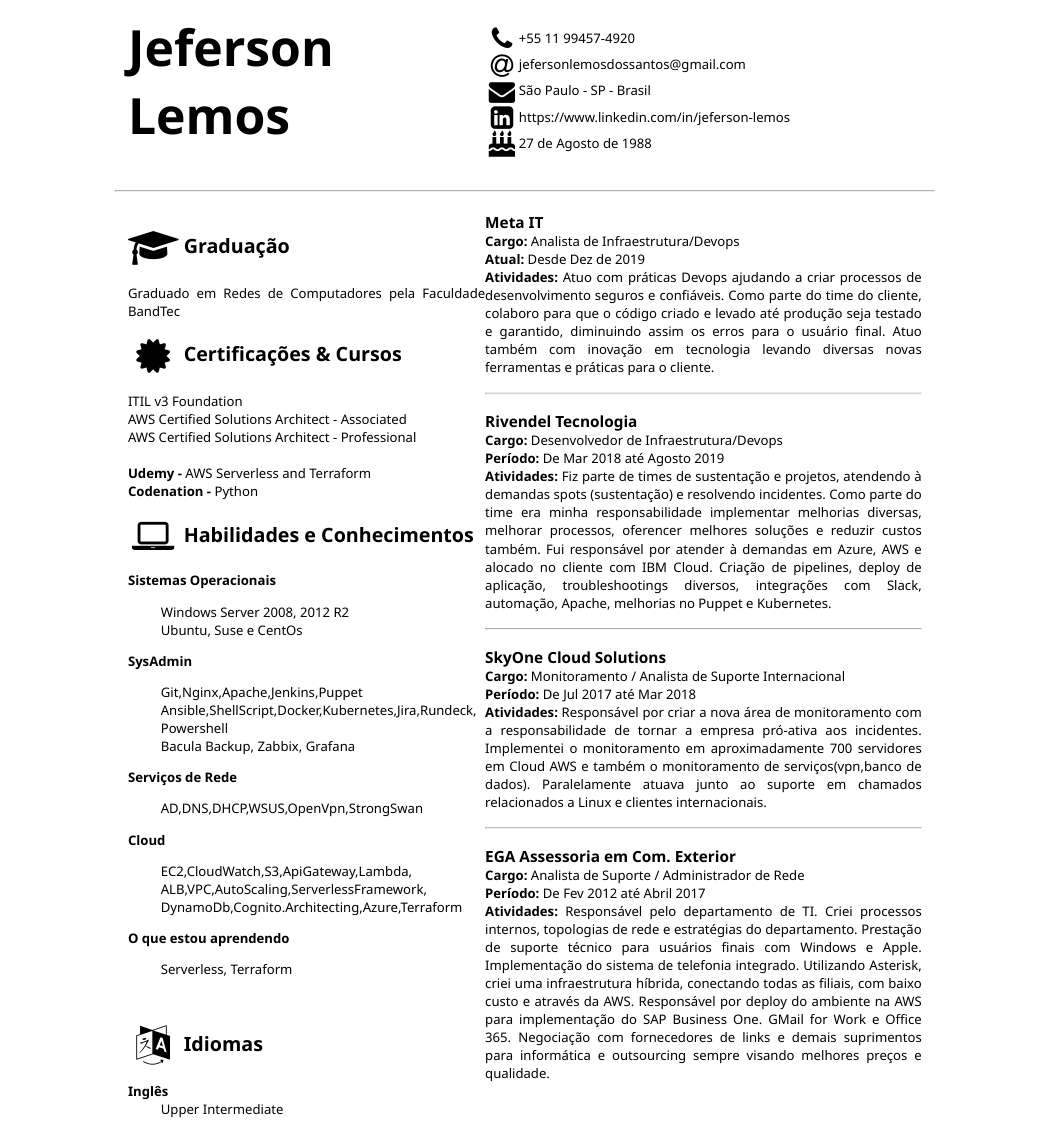
Repository: jefersonlemos/Resume-pt
Page: index.html
The author's editor kept a copy of each file at every save. The page is drawn from the files as they stood at one save, then again after the next save.
The browser window is 1280 px wide. The pictures show the whole page, at 82% of full size.

Above is the page before, as saved 2020-06-15 12:13:48.

After the next save:
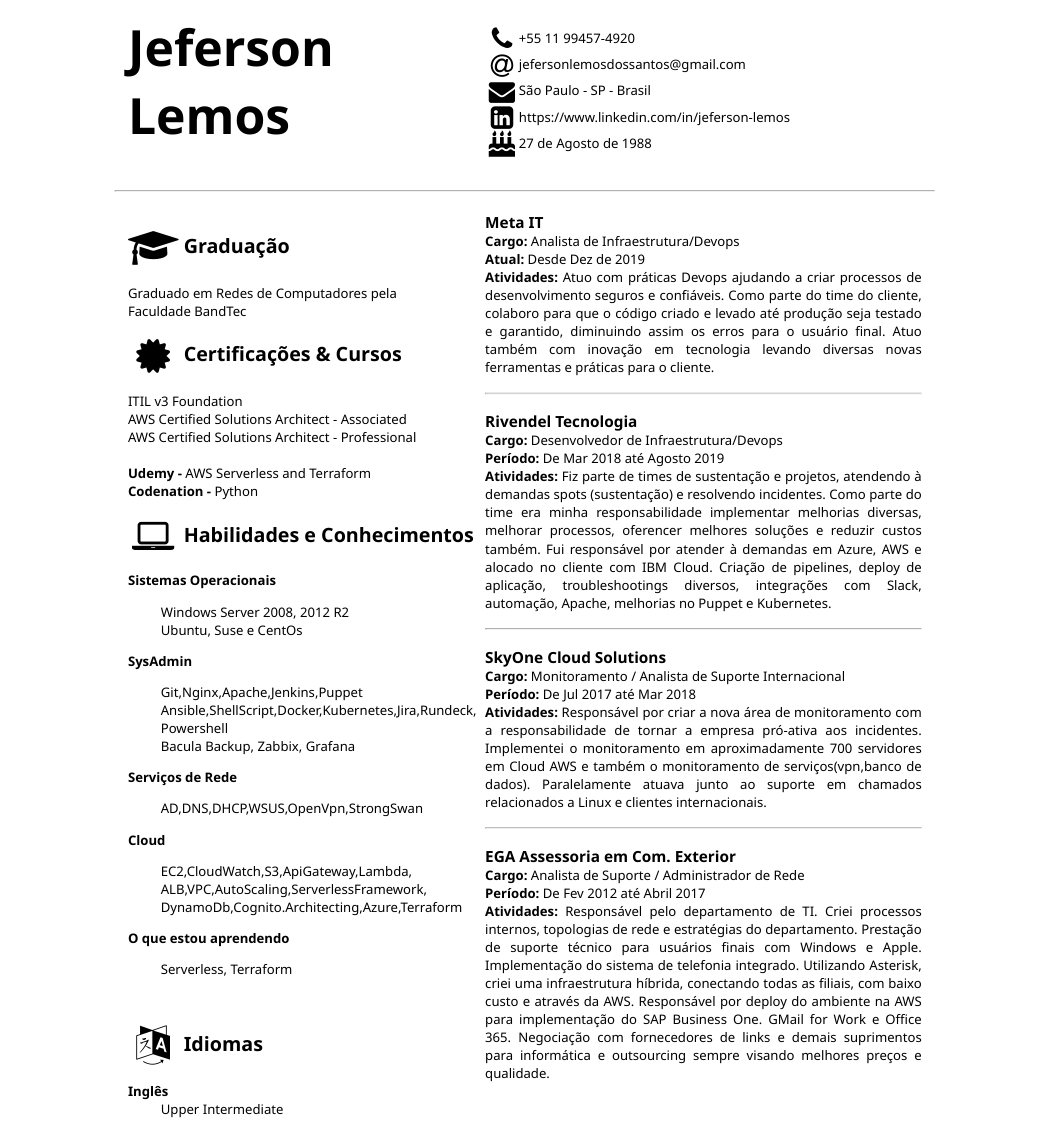
Saved 12 s later.
--- a/index.html
+++ b/index.html
@@ -39,7 +39,7 @@
             <section>
                 <article>
                     <h2><i class="fa fa-fw fa-2x fa-graduation-cap"></i> Graduação</h2>
-                        Graduado em Redes de Computadores pela
+                        Graduado em Redes de Computadores pela <br />
                         Faculdade BandTec
 
                 </article>
